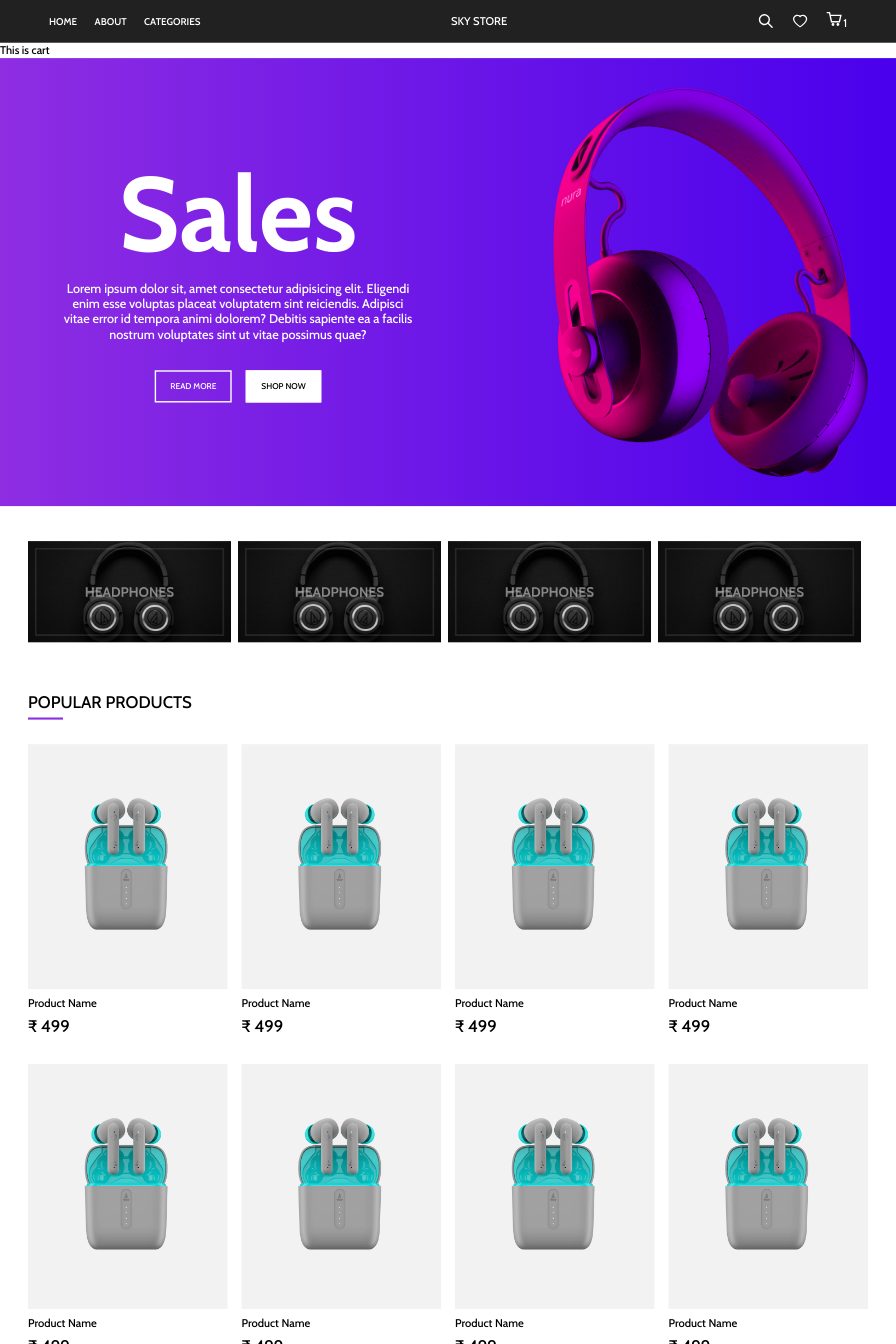
Repository: suraj-yadav7/ecommerce
Page: /
These files come from the project's save history. The page is drawn as it stood at one moment and after the next save; the edit follows.
The browser window is 1280 px wide. The pictures show the part of the page from y = 0 to 1920 px (the page is 2837 px tall before and 2815 px after), at 70% of full size.
The project was rebuilt for these pictures with package versions that can differ from the ones it lists, and the page was loaded fresh each time. Also part of the build but not shown: src/components/Category/Category.scss, src/components/Category/Category.jsx, src/components/SingleProduct/RelatedProducts/RelatedProducts.jsx, src/components/SingleProduct/SingleProduct.scss, src/components/SingleProduct/SingleProduct.jsx, src/App.scss, src/components/Header/Search/Search.scss, src/components/Header/Search/Search.jsx.

Above is the page before, as saved 2023-06-20 15:06:10.

After the next save:
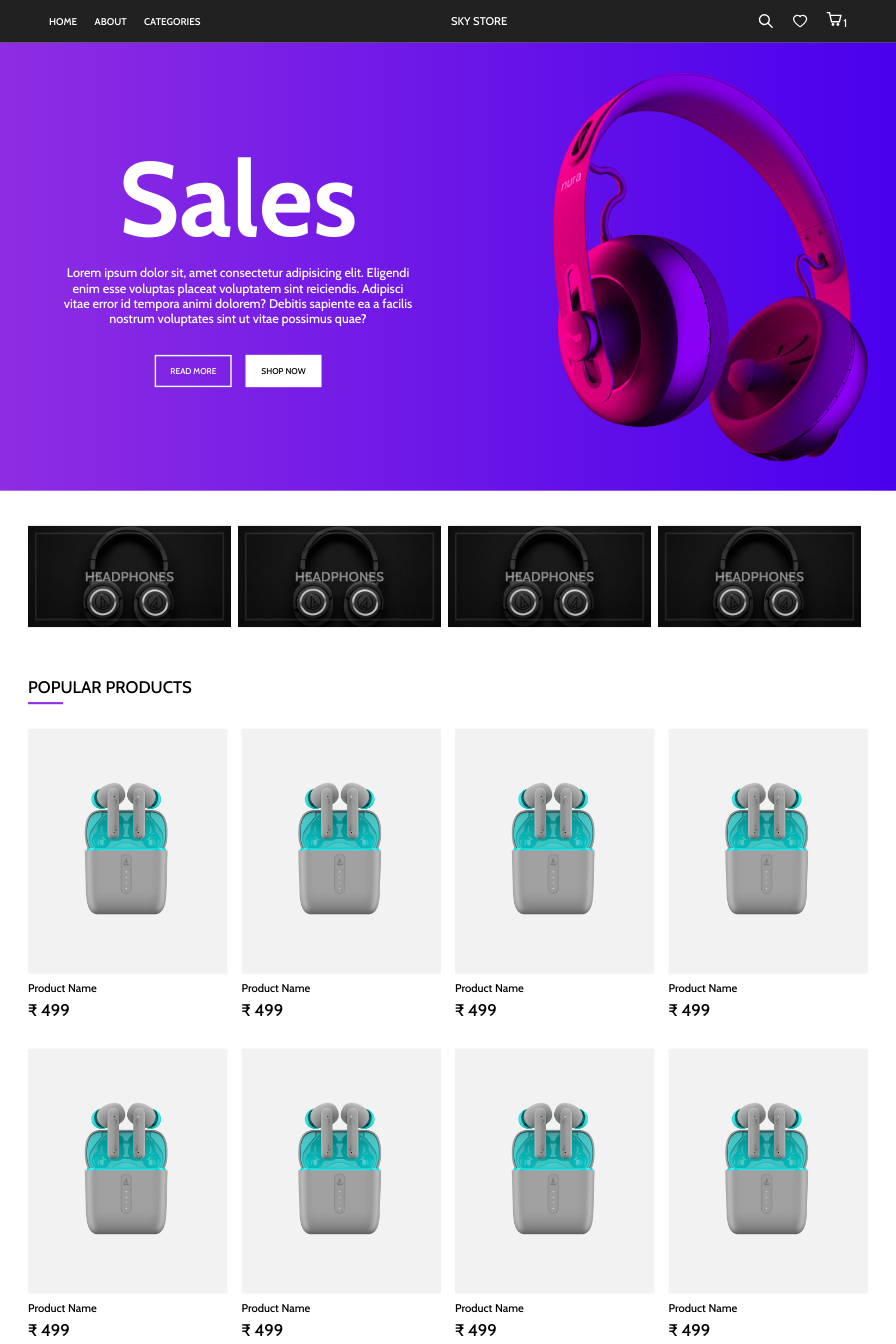
Saved 3 min 9 s later.
--- a/src/components/Header/Header.jsx
+++ b/src/components/Header/Header.jsx
@@ -24,6 +24,8 @@
         window.addEventListener("scroll", handleScroll)
     },[])
 
+    const [showCart, setShowCart] = useState(false)
+
     return (
         <>
             <header className={`main-header ${scrollVal? "sticky-header":""}`}>
@@ -37,13 +39,13 @@
                     <div className="right">
                         <TbSearch />
                         <AiOutlineHeart />
-                        <span className="cart-icon">
+                        <span className="cart-icon" onClick={()=>setShowCart(true)}>
                             <CgShoppingCart />1
                         </span>
                     </div>
                 </div >
             </header >
-            <Cart />
+            {showCart && <Cart />}
         </>
     )
 };
